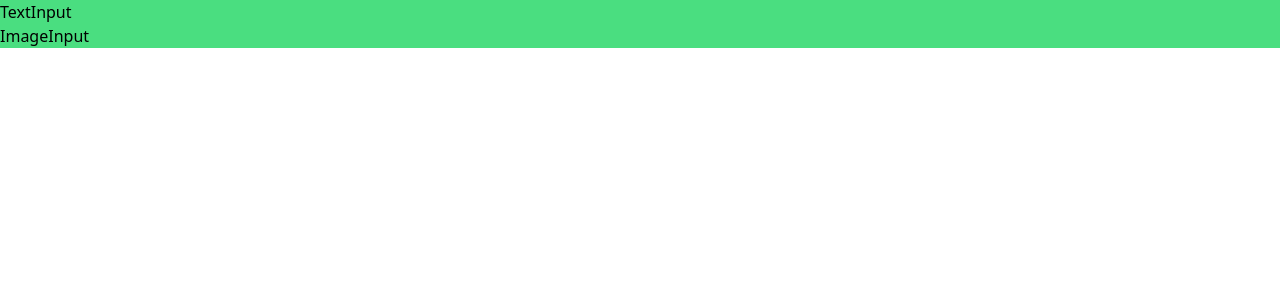
Repository: Marhamat92/booksappwithcontext
Page: /
An editor plug-in stored every save of this project. The page is shown before and after the next save, followed by the edit.
The browser window is 1280 px wide. The pictures show the whole page.
The project was rebuilt for these pictures with package versions that can differ from the ones it lists, and the page was loaded fresh each time. Also part of the build but not shown: src/App.css.

Above is the page before, as saved 2022-12-07 13:47:23.

### src/App.tsx
import "./App.css";
import ImageInput from "./components/Inputs/ImageInput";
import TextInput from "./components/Inputs/TextInput";

function App() {
  return (
    <div>
      <div className='bg-green-400'>
        <TextInput />
        <ImageInput />
      </div>
    </div>
  );
}

export default App;

### src/components/Inputs/ImageInput.tsx
import React from "react";

type Props = {};

function ImageInput({}: Props) {
  return <div>ImageInput</div>;
}

export default ImageInput;

### src/components/Inputs/TextInput.tsx
import React from "react";

type Props = {};

function TextInput({}: Props) {
  return <div>TextInput</div>;
}

export default TextInput;

Loaded but not shown: public/index.html (common file); src/index.tsx (common file); src/index.css (common file); tailwind.config.js (common file)

After the next save:
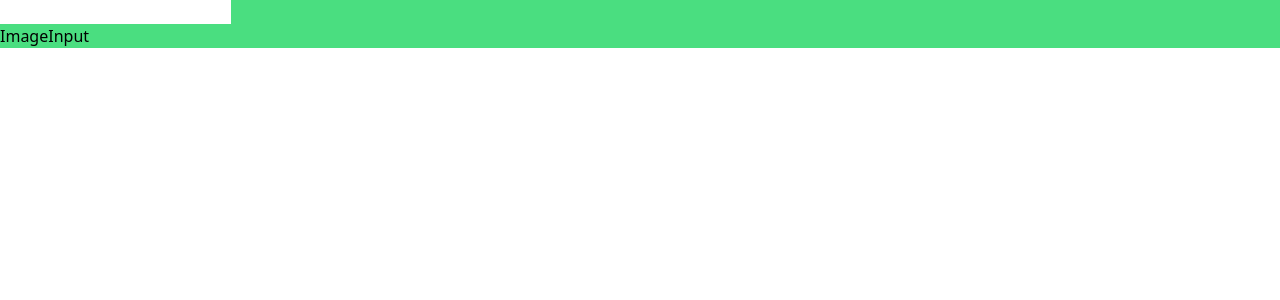
Saved 22 s later.
--- a/src/components/Inputs/TextInput.tsx
+++ b/src/components/Inputs/TextInput.tsx
@@ -3,7 +3,11 @@ import React from "react";
 type Props = {};
 
 function TextInput({}: Props) {
-  return <div>TextInput</div>;
+  return (
+    <div>
+      <input type='text' />
+    </div>
+  );
 }
 
 export default TextInput;
